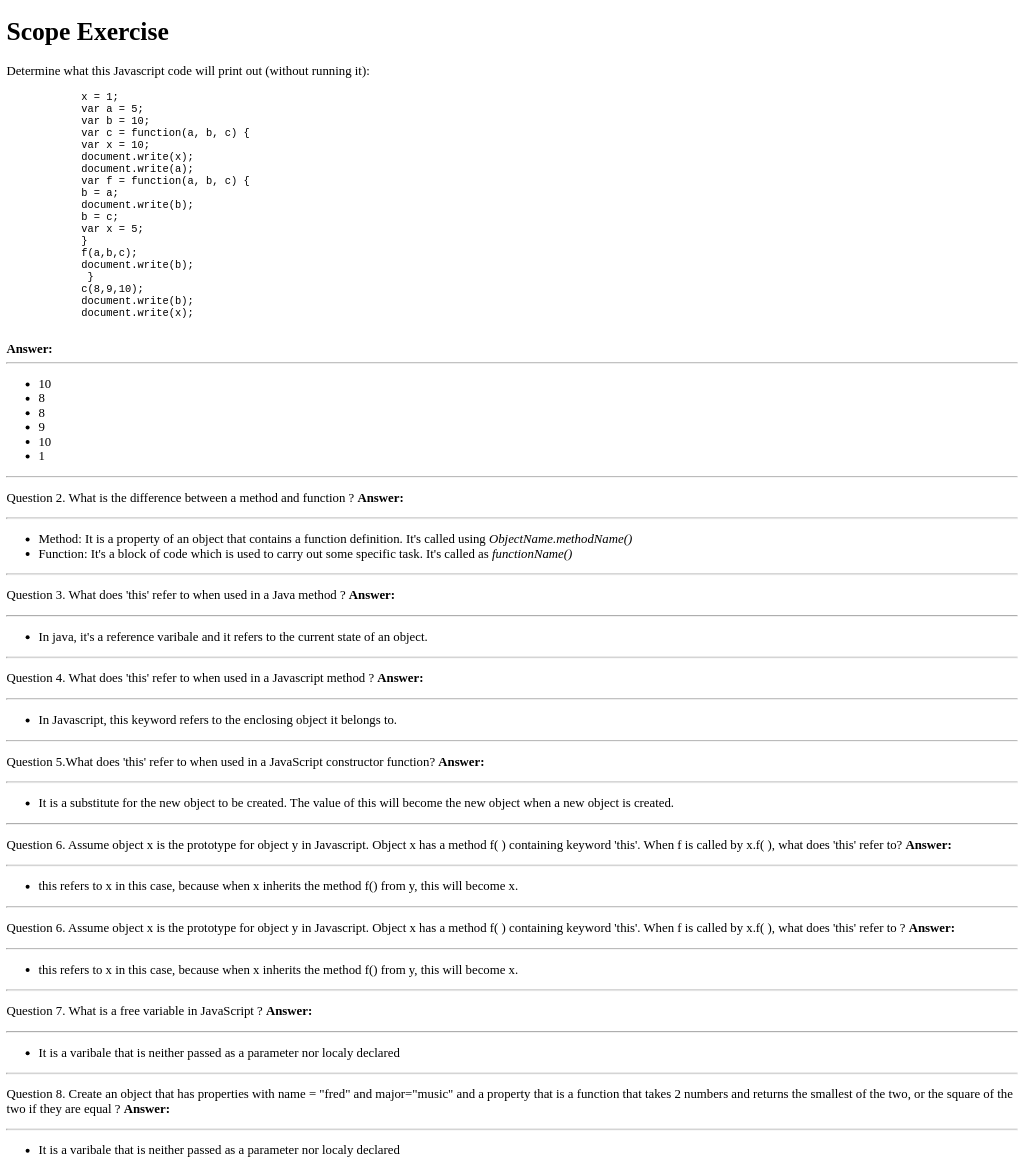
Repository: bethelbahiru/WAP
Page: Homework3/scope.html
These files come from the project's save history. The page is drawn as it stood at one moment and after a run of saves; the edit follows.
The browser window is 1280 px wide. The pictures show the whole page, at 80% of full size.

Above is the page before, as saved 2022-01-18 17:09:10.

After the next 2 saves:
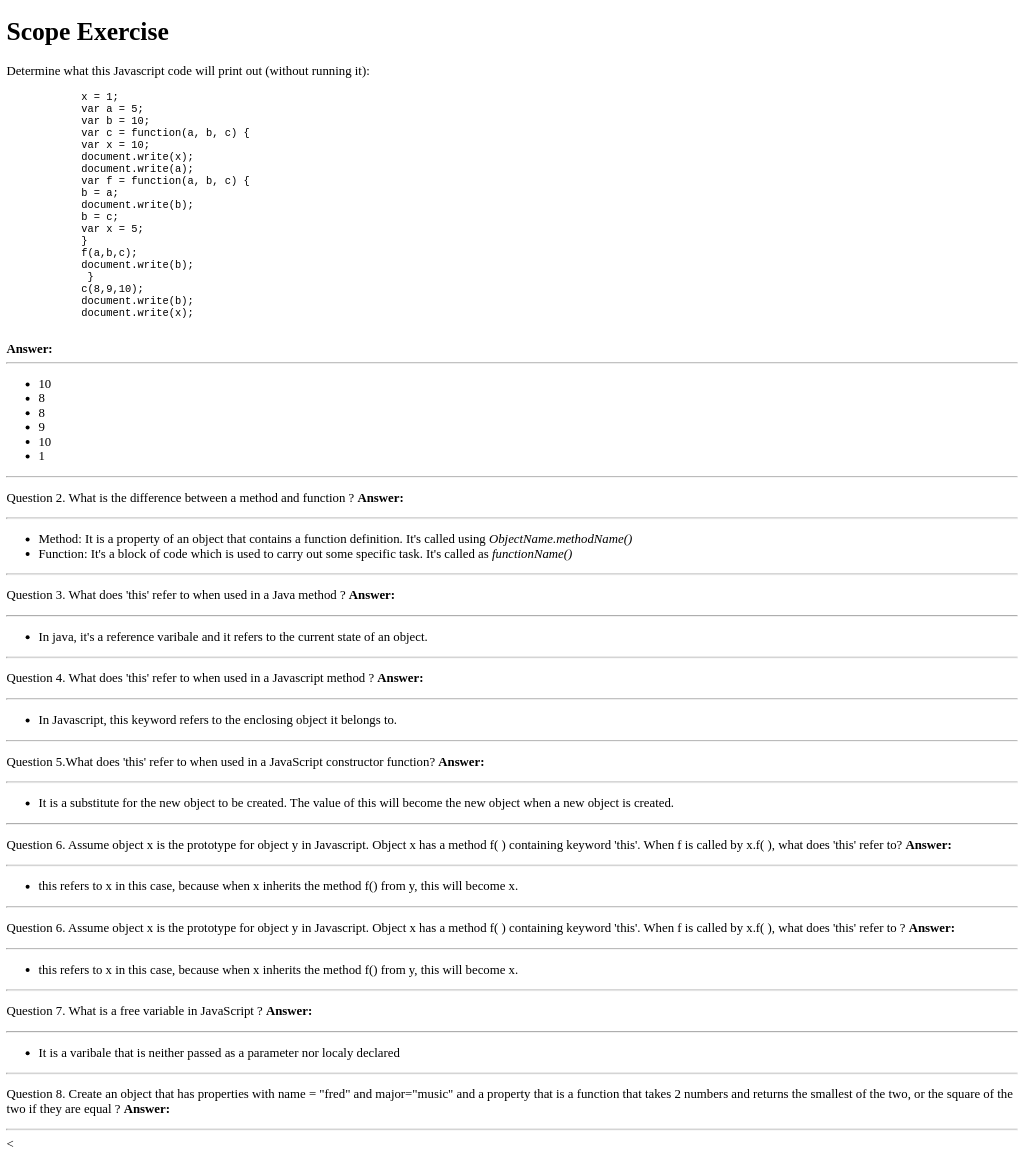
The 2 saves are shown as one change because they came seconds apart.
The last was saved 10 s later.
--- a/Homework3/scope.html
+++ b/Homework3/scope.html
@@ -107,9 +107,7 @@
         that takes 2 numbers and returns the smallest of the two, or the square of the two if they are equal ?
         <strong>Answer:</strong>
         <hr>
-        <ul>
-            <li>It is a varibale that is neither passed as a parameter nor localy declared</li>
-        </ul>
+        <
     </p>
 
 
